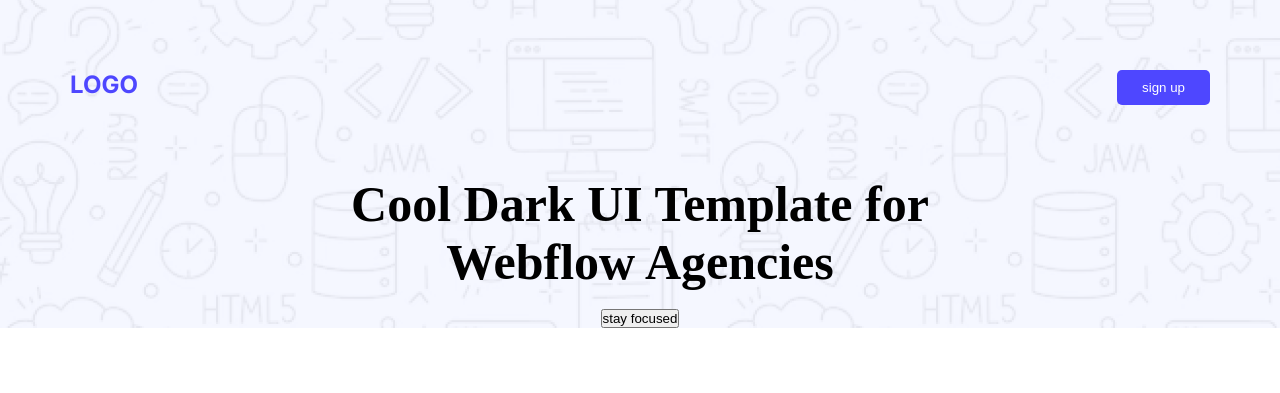
Repository: dollyrakhe22/landing-launchpad
Page: index.html
An editor plug-in stored every save of this project. The page is shown before and after the next save, followed by the edit.
The browser window is 1280 px wide. The pictures show the whole page.

Above is the page before, as saved 2025-07-10 23:24:57.

### index.html
<!DOCTYPE html>
<html lang="en">
<head>
    <meta charset="UTF-8">
    <meta name="viewport" content="width=device-width, initial-scale=1.0">
    <title>Landing Launchpad</title>
    <link rel="preconnect" href="https://fonts.googleapis.com">
    <link rel="preconnect" href="https://fonts.googleapis.com">
<link rel="preconnect" href="https://fonts.gstatic.com" crossorigin>
<link href="https://fonts.googleapis.com/css2?family=Inter:ital,opsz,wght@0,14..32,100..900;1,14..32,100..900&family=Open+Sans:ital,wght@0,300..800;1,300..800&family=Raleway:ital,wght@0,100..900;1,100..900&display=swap" rel="stylesheet">
    <link rel="stylesheet" href="style.css">
   </head>
   <body>
    <header>

        <nav>
         <h2 class="inter-normal">LOGO</h2>
            <a href="#"><button>sign up</button></a>
        </nav>
        <div class="banner-section">
             <h1 > Cool Dark UI Template for <br>Webflow Agencies</h1><br>
            <a href=""><button>stay focused</button></a>
        </div>
    </header>
    <main>

    </main>
    <footer>

    </footer>
</body>
</html>

### style.css
*{
    padding: 0;
    margin: 0;
}


.inter-normal {
  font-family: "Inter", sans-serif;
  font-optical-sizing: auto;
  font-style: normal;
}
header{
    background-image: url("Assets/Hero-bg.png");

}
/*nav style*/
h2{
    color:#4E47FF;


}
nav{
    display: flex;
    justify-content: space-between;
    padding: 70px;
}
nav button{
    text-decoration: none;
    padding: 10px 25px;
    background-color:#4E47FF ;
    color:white;
    border-radius: 5px;
    border: none;


}
.banner-section{
    text-align: center;
}
.banner-section h1{
    font-weight: bold;
    font-size: 50px;
}

After the next save:
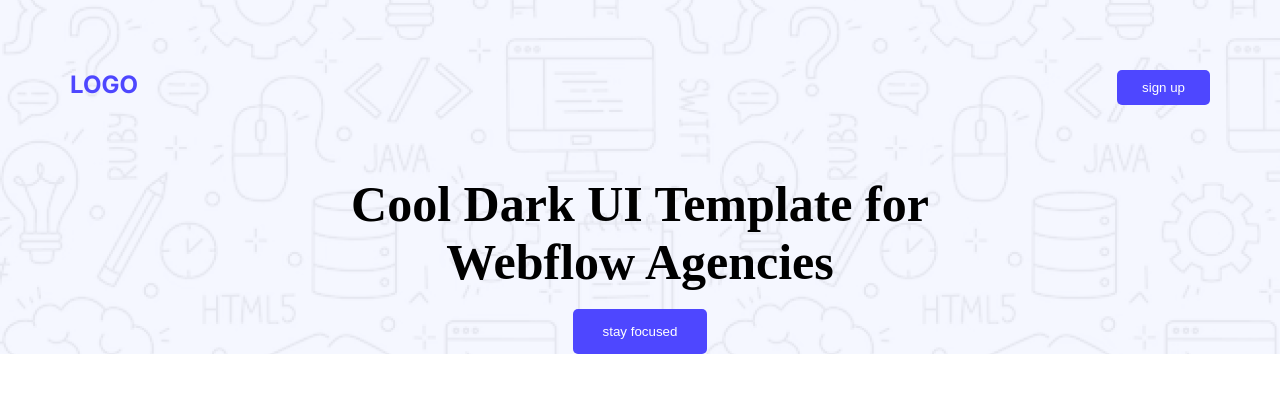
Saved 112 s later.
--- a/index.html
+++ b/index.html
@@ -19,7 +19,7 @@
         </nav>
         <div class="banner-section">
              <h1 > Cool Dark UI Template for <br>Webflow Agencies</h1><br>
-            <a href=""><button>stay focused</button></a>
+            <a href=""><button class="button-container">stay focused</button></a>
         </div>
     </header>
     <main>
--- a/style.css
+++ b/style.css
@@ -41,3 +41,11 @@
     font-weight: bold;
     font-size: 50px;
 }
+.button-container{
+     padding: 15px 30px;
+    background-color:#4E47FF ;
+    color:white;
+    border-radius: 5px;
+    border: none;
+
+}
